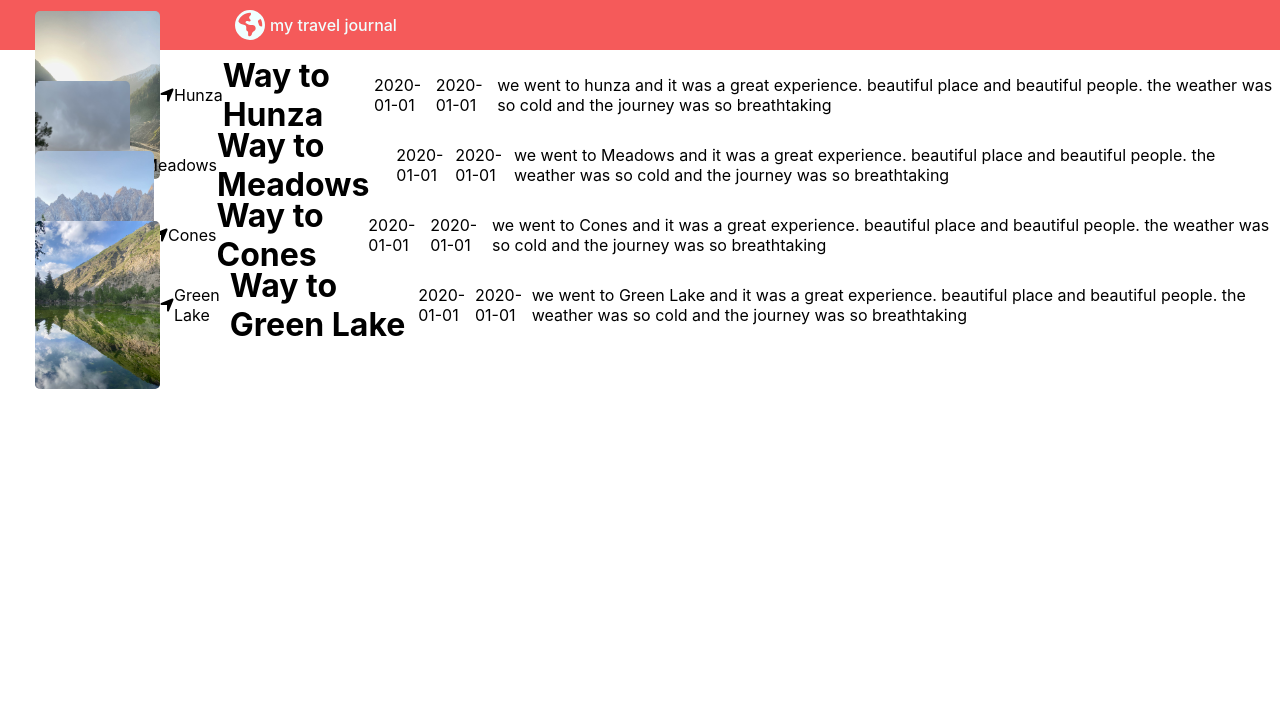
Repository: mortiestmorty1/travel-journal
Page: /
These files come from the project's save history. The page is drawn as it stood at one moment and after the next save; the edit follows.
The browser window is 1280 px wide. The pictures show the whole page.
The project was rebuilt for these pictures with package versions that can differ from the ones it lists, and the page was loaded fresh each time.

Above is the page before, as saved 2024-01-17 14:45:25.

### src/App.js
import logo from './logo.svg';
import './App.css';
import Navbar from "./components/navbar";
import Data from "./components/data.js";
import Content from "./components/content.js";

function App() {
  const  Memories = Data.map((item) => {
    return<Content
          key={item.id}
          item={item}
    />
  })
  return (
    <div className="App">
      <Navbar />
      {Memories}
    </div>
  );
}

export default App;

### src/App.css
.Nav-container{
    display: flex;
    justify-content: space-between;
    align-items: center;
    background-color: #F55A5A;
    height: 50px;
}
.navbar{
    display: flex;
    justify-content: space-between;
    align-items: center;
    background-color: #F55A5A;
    margin-left: 230px;
}
.title{
  color: azure;
  font-weight: 500;
  margin-left: 5px;
}
.earth{
  width: 30px;
  height: 30px;
  margin-left: 5px;
  color: azure;
}
.content-container{
  display: flex;
  justify-content: space-between;
  align-items: center;
  margin-top: 20px;
  height: 50px;
  margin-left: 30px;
}
.image{
  width: 125px;
  height: 168px;
  margin-left: 5px;
  color: azure;
  border-radius: 5px;
}

### src/components/navbar.js
import React from "react";
import { FontAwesomeIcon } from "@fortawesome/react-fontawesome";
import { faEarth } from "@fortawesome/free-solid-svg-icons";
import "../App.css";

function Navbar(){
    return(
        <div className="Nav-container">
            <nav className="navbar">
                <FontAwesomeIcon icon={faEarth} className="earth"></FontAwesomeIcon>
                <span className="title">
                        my travel journal
                </span>
            </nav>
        </div>
    )
}
export default Navbar;

### src/components/data.js
import Hunza from "./way-to-hunza.jpeg";
import Meadows from "./way-to-meadows.jpeg";
import Cones from "./cones.jpeg";
import Glake from "./green-lake.jpeg";

export default [
    {
        id:1,
        img: Hunza,
        location: "Hunza",
        googlelink: "https://www.google.com/maps/place/Hunza+Valley,+Gilgit-Baltistan,+Pakistan/",
        Title: "Way to Hunza",
        datestart:"2020-01-01",
        dateend: "2020-01-01",
        description:"we went to hunza and it was a great experience. beautiful place and beautiful people. the weather was so cold and the journey was so breathtaking"
    }
    ,
    {
        id:2,
        img: Meadows,
        location: "Meadows",
        googlelink: "https://www.google.com/maps/place/Meadows,+Gilgit-Baltistan,+Pakistan/",
        Title: "Way to Meadows",
        datestart:"2020-01-01",
        dateend: "2020-01-01",
        description:"we went to Meadows and it was a great experience. beautiful place and beautiful people. the weather was so cold and the journey was so breathtaking"
    }
    ,
    {
        id:3,
        img: Cones,
        location: "Cones",
        googlelink: "https://www.google.com/maps/place/Cones,+Gilgit-Baltistan,+Pakistan/",
        Title: "Way to Cones",
        datestart:"2020-01-01",
        dateend: "2020-01-01",
        description:"we went to Cones and it was a great experience. beautiful place and beautiful people. the weather was so cold and the journey was so breathtaking"
    }
    ,
    {
        id:4,
        img: Glake,
        location: "Green Lake",
        googlelink: "https://www.google.com/maps/place/Green+Lake,+Gilgit-Baltistan,+Pakistan/",
        Title: "Way to Green Lake",
        datestart:"2020-01-01",
        dateend: "2020-01-01",
        description:"we went to Green Lake and it was a great experience. beautiful place and beautiful people. the weather was so cold and the journey was so breathtaking"
    }
]

### src/components/content.js
import React from "react";
import { FontAwesomeIcon } from "@fortawesome/react-fontawesome";
import { faLocationArrow } from "@fortawesome/free-solid-svg-icons";
import "../App.css";
function Content(props){

    return(
        <div className="content-container">
            <img className="image" src={props.item.img}>
            </img>
            <FontAwesomeIcon icon={faLocationArrow} className="location"></FontAwesomeIcon>
            <span className="location">
                {props.item.location}
            </span>
            <a href={props.googlelink}></a>
            <h1 className="Title">{props.item.Title}</h1>
            <span className="date-start">{props.item.datestart}</span>
            <span className="date-end">{props.item.dateend}</span>
            <p className="description">{props.item.description}</p>
        </div>
    )
}

export default Content;

Loaded but not shown: public/index.html (common file); src/index.js (common file); src/index.css (common file); src/reportWebVitals.js (common file)

After the next save:
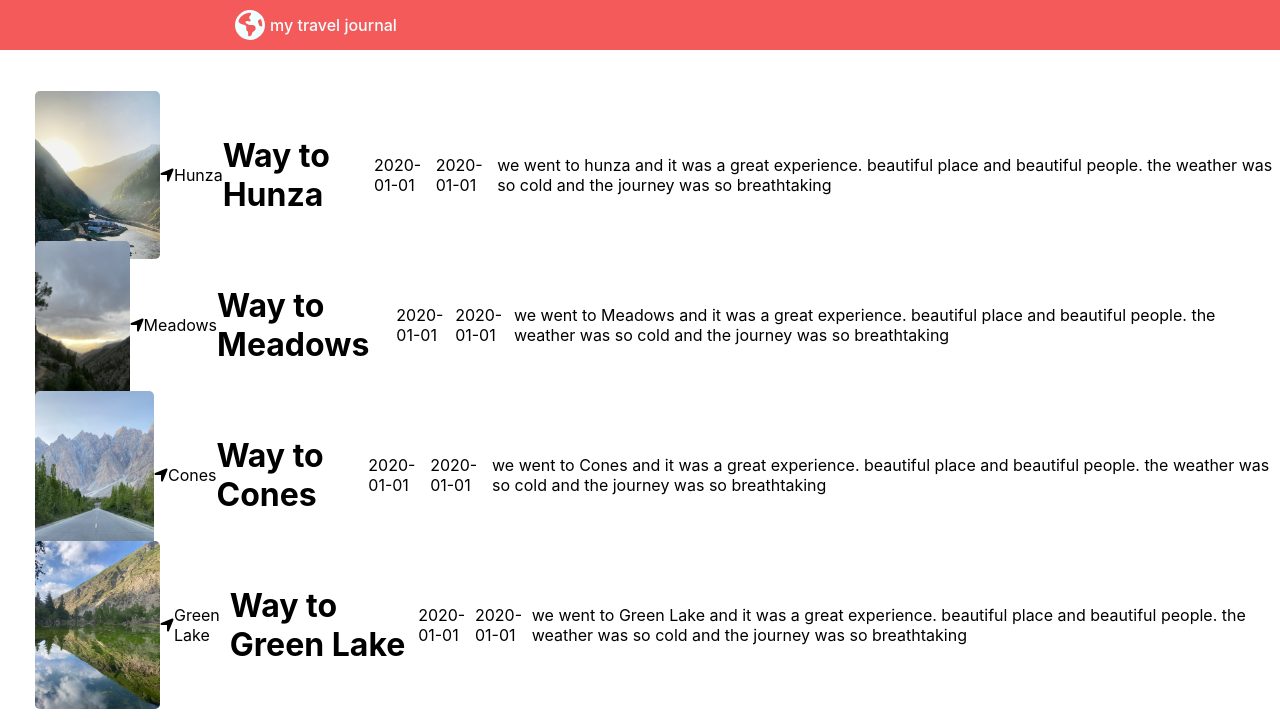
Saved 4 s later.
--- a/src/App.css
+++ b/src/App.css
@@ -27,7 +27,7 @@
   display: flex;
   justify-content: space-between;
   align-items: center;
-  margin-top: 20px;
+  margin-top: 100px;
   height: 50px;
   margin-left: 30px;
 }
